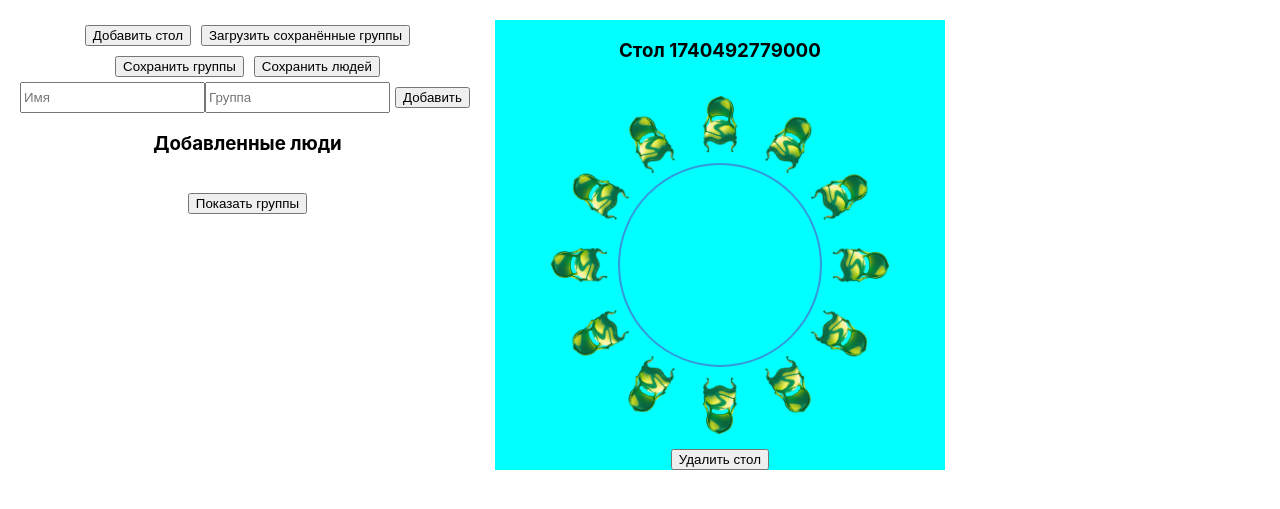
Repository: Vahan-23/Table-V2
Page: /, after clicking the first element matching `button`
These files come from the project's save history. The page is drawn as it stood at one moment and after the next save; the edit follows.
The browser window is 1280 px wide. The pictures show the whole page.
The project was rebuilt for these pictures with package versions that can differ from the ones it lists, and the page was loaded fresh each time.

Above is the page before, as saved 2025-02-25 15:20:01.

### src/App.js
import './App.css';
import SeatingArrangement from './component/SeatingArrangement';

function App() {
  return (
    <div className="App">
      <SeatingArrangement />
    </div>
  );
}

export default App;

### src/component/SeatingArrangement.jsx
import React, { useState, useEffect } from 'react';
import { useDrag, useDrop } from 'react-dnd';
import { DndProvider } from 'react-dnd';
import { HTML5Backend } from 'react-dnd-html5-backend';
import './App.css';

const SeatingArrangement = () => {
    const [tables, setTables] = useState([]);
    const [people, setPeople] = useState([]);
    const [groupInput, setGroupInput] = useState('');
    const [peopleInput, setPeopleInput] = useState('');
    const [showGroups, setShowGroups] = useState(false);
    const [draggingGroup, setDraggingGroup] = useState(null);
    const [zoom, setZoom] = useState(1);


    useEffect(() => {
        window.addEventListener("wheel", handleWheel, { passive: false });
        return () => window.removeEventListener("wheel", handleWheel);
    }, []);

    const handleWheel = (e) => {
        if (e.ctrlKey) {
            e.preventDefault();
            setZoom((prevZoom) => {
                let newZoom = prevZoom + (e.deltaY > 0 ? -0.1 : 0.1);
                return Math.min(Math.max(newZoom, 0.5), 2); // Ограничиваем от 0.5x до 2x
            });
        }
    };

    useEffect(() => {
        const savedTables = JSON.parse(localStorage.getItem('tables'));
        if (savedTables) setTables(savedTables);
        const savedPeople = JSON.parse(localStorage.getItem('people'));
        if (savedPeople) setPeople(savedPeople);
    }, []);

    const handleAddPerson = () => {
        if (peopleInput && groupInput) {
            const newPerson = { name: peopleInput, group: groupInput };
            setPeople([...people, newPerson]);
            setPeopleInput('');
            setGroupInput('');
        } else {
            alert('Пожалуйста, заполните все поля.');
        }
    };

    const handleDeletePerson = (personName) => {
        setPeople(people.filter((person) => person.name !== personName));
    };

    const handleAddTable = () => {
        setTables([...tables, { id: Date.now(), people: [] }]);
    };

    const handleDeleteTable = (tableId) => {
        setTables(tables.filter((table) => table.id !== tableId));
    };

    const saveTables = () => {
        localStorage.setItem('tables', JSON.stringify(tables));
    };

    const loadSavedTables = () => {
        const savedTables = JSON.parse(localStorage.getItem('tables'));
        if (savedTables) setTables(savedTables);
    };

    const savePeople = () => {
        localStorage.setItem('people', JSON.stringify(people));
    };


    const renderGroups = () => {
        const groupedPeople = people.reduce((acc, person) => {
            if (!acc[person.group]) acc[person.group] = [];
            acc[person.group].push(person);
            return acc;
        }, {});

        return Object.values(groupedPeople).map((group, index) => (
            <Group
                key={index}
                group={group}
                groupName={`Группа ${index + 1}`}
                setDraggingGroup={setDraggingGroup}
            />
        ));
    };


    return (
        <DndProvider backend={HTML5Backend}>
            <div className="container">
                <div className="left-panel">
                    <div className="controls">
                        <button onClick={handleAddTable}>Добавить стол</button>
                        <button onClick={loadSavedTables}>Загрузить сохранённые группы</button>
                        <button onClick={saveTables}>Сохранить группы</button>
                        <button onClick={savePeople}>Сохранить людей</button>
                    </div>

                    <div className="person-input">
                        <input
                            type="text"
                            value={peopleInput}
                            onChange={(e) => setPeopleInput(e.target.value)}
                            placeholder="Имя"
                        />
                        <input
                            type="text"
                            value={groupInput}
                            onChange={(e) => setGroupInput(e.target.value)}
                            placeholder="Группа"
                        />
                        <button onClick={handleAddPerson}>Добавить</button>
                    </div>

                    <div className="people-list">
                        <h3>Добавленные люди</h3>
                        <ul>
                            {people.map((person, index) => (
                                <li key={index}>
                                    {person.name} (Группа {person.group})
                                    <button
                                        onClick={() => handleDeletePerson(person.name)}
                                        className="delete-btn"
                                    >
                                        Удалить
                                    </button>
                                </li>
                            ))}
                        </ul>
                    </div>

                    <div className="toggle-groups">
                        <button onClick={() => setShowGroups(!showGroups)}>
                            {showGroups ? 'Скрыть группы' : 'Показать группы'}
                        </button>
                        {showGroups && (
                            <div className="group-list">

                                <h3>Группы для перетаскивания:</h3>
                                {renderGroups()}
                                <div className="controls">
    <button onClick={() => setZoom((z) => Math.min(z + 0.1, 2))}>+</button>
    <button onClick={() => setZoom((z) => Math.max(z - 0.1, 0.5))}>-</button>
</div>
                            </div>
                        )}
                    </div>
                </div>

                <div className="right-panel" style={{ transform: `scale(${zoom})`, transformOrigin: "center" }}>
                    {tables.map((table) => (
                        <Table
                            key={table.id}
                            table={table}
                            setTables={setTables}
                            handleDeleteTable={handleDeleteTable}
                            draggingGroup={draggingGroup}
                            setDraggingGroup={setDraggingGroup}
                        />

                    ))}

                    {draggingGroup && (
                        <NewTable
                            draggingGroup={draggingGroup}
                            setTables={setTables}
                            setDraggingGroup={setDraggingGroup}
                        />
                    )}
                </div>
            </div>
        </DndProvider>
    );
};

const Table = ({ table, setTables, handleDeleteTable, draggingGroup, setDraggingGroup }) => {
    const [, drop] = useDrop({
        accept: 'GROUP',
        drop: (item) => {
            if (table.people.length + item.group.length <= 12) {
                // Добавляем людей в текущий стол
                setTables((prevTables) =>
                    prevTables.map((t) =>
                        t.id === table.id
                            ? { ...t, people: [...t.people, ...item.group] }
                            : t
                    )
                );
                setDraggingGroup(null); // Сбрасываем перетаскиваемую группу
            } else {
                alert('На столе не может быть больше 12 человек!');
            }
        },
    });

    const chairs = [];
    const maxChairs = 12;
    const angleStep = 360 / maxChairs;
    const radius = 140;

    // Генерация стульев для стола
    for (let i = 0; i < maxChairs; i++) {
        const angle = angleStep * i;

        // Рассчитываем координаты для стула относительно центра стола
        const xPosition = radius * Math.cos((angle * Math.PI) / 180);
        const yPosition = radius * Math.sin((angle * Math.PI) / 180);

        const chairStyle = {
            position: 'absolute',
            top: '50%', // Центр стола
            left: '50%', // Центр стола
            transformOrigin: 'center', // Ориентируем вращение на центре
            width: '60px',
            height: '60px',
            // backgroundColor: table.people[i] ? '#ccc0' : '#ccc0',
            backgroundImage: table.people[i] ? "url('/red1.png')" : "url('/green1.png')"  , // Правильный путь для public
            backgroundSize: 'cover', // Растягивает картинку на всю область
            backgroundPosition: 'center',
            backgroundRepeat: 'no-repeat',
            color: 'white',
            display: 'flex',
            justifyContent: 'center',
            alignItems: 'center',
            borderRadius: '50%',
            fontSize: '12px',
            textAlign: 'center',
            left: `calc(50% + ${xPosition}px)`, // Смещаем стулья по оси X
            top: `calc(50% + ${yPosition}px)`,  // Смещаем стулья по оси Y
        };

        // Переворачиваем стулья в зависимости от их положения:
        if (angle >= 0 && angle < 90) {
            chairStyle.transform = `rotate(${angle + 90}deg)`; ; // Верхняя половина стола (0-90°)
        } else if (angle >= 90 && angle < 180) {
            chairStyle.transform = `rotate(${angle + 90}deg)`; ; // Правая часть стола (90-180°)
        } else if (angle >= 180 && angle < 270) {
            chairStyle.transform = `rotate(${angle + 90}deg)`; // Нижняя половина стола (180-270°)
        } else {
            chairStyle.transform = `rotate(${angle + 90}deg)`; // Левая часть стола (270-360°)
        }

        chairs.push(
            <div key={i} className="chair" style={chairStyle}>
                {table.people[i] ? table.people[i].name : ''}
            </div>
        );
    }

    return (
        <div ref={drop} className="tableContainer">
            <h3>Стол {table.id}</h3>
            <div className="table">
                <div className="table-top">
                    {chairs}
                </div>
            </div>
            <button onClick={() => handleDeleteTable(table.id)}>Удалить стол</button>
        </div>
    );
};




const Group = ({ group, groupName, setDraggingGroup }) => {
    const [{ isDragging }, drag] = useDrag({
        type: 'GROUP',
        item: { group },
        collect: (monitor) => ({
            isDragging: monitor.isDragging(),
        }),
    });

    useEffect(() => {
        if (isDragging) {
            setDraggingGroup(group);
        }
    }, [isDragging, group, setDraggingGroup]);

    return (
        <div ref={drag} className="group" style={{ opacity: isDragging ? 0.5 : 1 }}>
            <h4>{groupName}</h4>
        </div>
    );
};




const NewTable = ({ draggingGroup, setTables, setDraggingGroup }) => {
    const [, drop] = useDrop({
        accept: 'GROUP',
        drop: (item) => {
            if (item.group.length <= 12) {
                const newTable = {
                    id: Date.now(),
                    people: item.group,
                };
                setTables((prevTables) => [...prevTables, newTable]);
            } else {
                alert('Новый стол не может содержать больше 12 человек!');
            }
            setDraggingGroup(null);
        },
    });

    return (
        <div ref={drop} className="new-table">
            Перетащите группу сюда, чтобы создать новый стол
        </div>
    );
};

export default SeatingArrangement;

### src/component/App.css
.container {
  display: flex;
  padding: 20px;
}

.left-panel {
  flex: 1;
  margin-right: 20px;
}

.right-panel {
  flex: 2;
  display: flex;
  flex-wrap: wrap;
  justify-content: flex-start;
}

.controls button, .person-input button {
  margin: 5px;
}

.person-input {
  display: flex;
  justify-content: space-between;
  margin-bottom: 10px;
}

.people-list ul {
  list-style-type: none;
  padding: 0;
}

.people-list li {
  margin-bottom: 10px;
}

.delete-btn {
  margin-left: 10px;
}

.toggle-groups button {
  margin-top: 20px;
}

.tableContainer{
  position: relative;
  display: flex;
  width: 450px;
  height: 450px;
  background-color: aqua;
  justify-content: space-between;
  align-items: center;
  text-align: center;
  flex-direction: column;
  /* border-radius: 50%; */
  overflow: hidden;
}

.table {
  /* position: relative; */
  margin: 20px;
  width: 200px;
  height: 200px;
  border: 2px solid #3498db;
  border-radius: 50%;
  display: flex;
  justify-content: center;
  align-items: center;
}

.table-top {
  position: relative;
  top: -15%;
  left: -15%;
  /* /* width: 250px; */
  /* height: 250px; */
}

.chair {
  position: absolute;
  top: 25%;
  left: 25%;
  width: 60px;
  height: 60px;
  /* background-image: url('../../public/stul.png'); */
  /* background-color: #3498db; */
  color: white;
  display: flex;
  justify-content: center;
  align-items: center;
  border-radius: 50%;
  font-size: 12px;
  text-align: center;
  transform-origin: 0 0;
}

.new-table {
  width: 100px;
  height: 100px;
  background-color: lightgray;
  margin: 10px;
  display: flex;
  justify-content: center;
  align-items: center;
  font-size: 14px;
  border: 2px dashed #3498db;
  position: relative;
}

.group {
  padding: 10px;
  border: 1px solid black;
  margin-bottom: 10px;
  cursor: move;
}

.group h4 {
  margin: 0;
}

Loaded but not shown: public/index.html (common file); src/index.js (common file); src/index.css (common file); src/reportWebVitals.js (common file); src/App.css (common file)

After the next save:
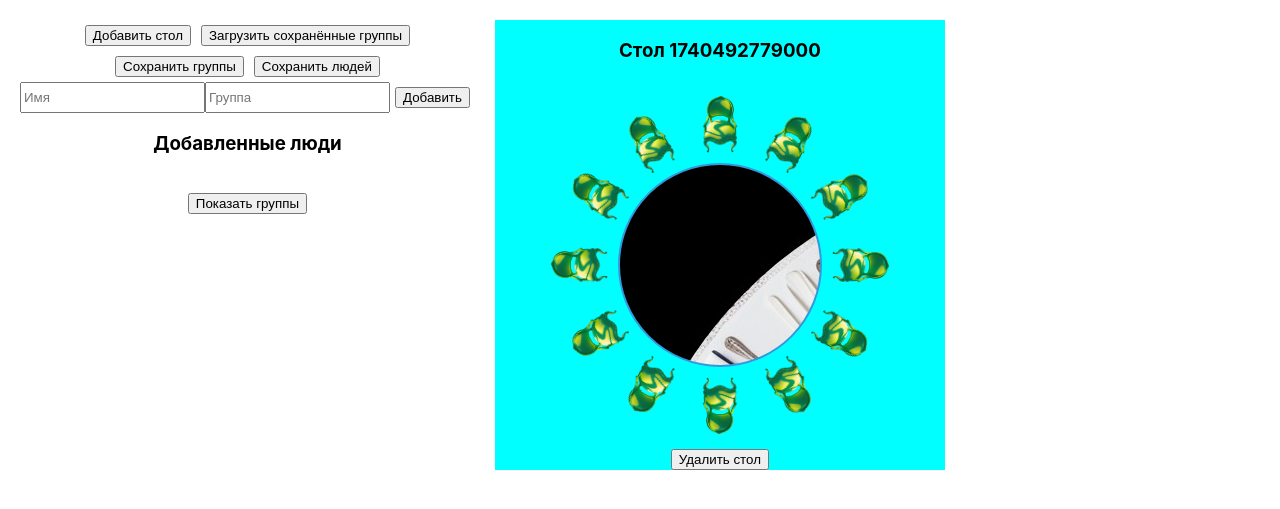
Saved 53 min 3 s later.
--- a/src/component/App.css
+++ b/src/component/App.css
@@ -66,6 +66,7 @@
   display: flex;
   justify-content: center;
   align-items: center;
+  background-image: url('../../public/table.jpg');
 }
 
 .table-top {
